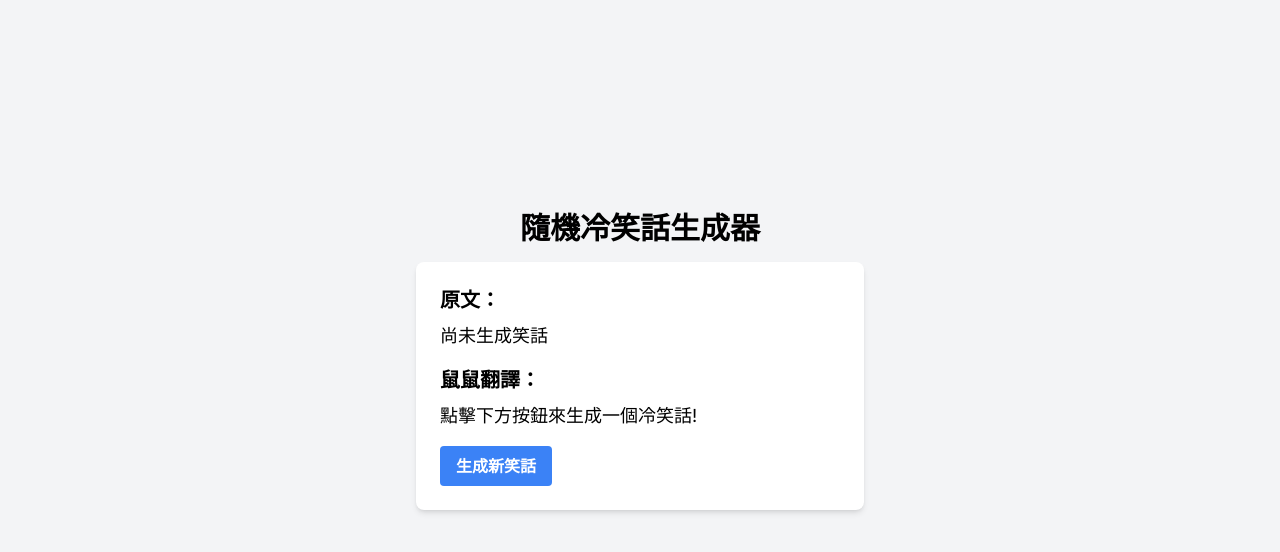
Repository: a7351220/joke-generator
Page: /
The author's editor kept a copy of each file at every save. The page is drawn from the files as they stood at one save, then again after the next save.
The browser window is 1280 px wide. The pictures show the whole page.
The project was rebuilt for these pictures with package versions that can differ from the ones it lists, and the page was loaded fresh each time. The framework's server and built-in components were replaced by stand-ins that run in the browser. Also part of the build but not shown: next.config.mjs.

Above is the page before, as saved 2024-07-04 23:34:54.

### src/app/page.tsx
import JokeGenerator from '../components/JokeGenerator';

export default function Home() {
  return <JokeGenerator />;
}

### src/components/JokeGenerator.tsx
'use client';

import { useState } from 'react';

// 改進的"翻譯"函數
const translateToMeme = (text: string): string => {
  // 這個函數會嘗試將整個句子轉換為一個中文風格的句子
  // 注意：這不是真正的翻譯，只是一個有趣的轉換
  return text
    .replace(/\b(I|you|he|she|it|we|they)\b/gi, '鼠鼠')
    .replace(/\b(am|is|are|was|were)\b/gi, '是')
    .replace(/\b(a|an|the)\b/gi, '個')
    .replace(/\b(in|on|at)\b/gi, '在')
    .replace(/\b(and)\b/gi, '和')
    .replace(/\b(or)\b/gi, '或')
    .replace(/\b(but)\b/gi, '但是')
    .replace(/\b(if)\b/gi, '如果')
    .replace(/\b(because)\b/gi, '因為')
    .replace(/\b(with)\b/gi, '帶著')
    .replace(/\b(for)\b/gi, '為了')
    .replace(/\b(to)\b/gi, '去')
    .replace(/\b(of)\b/gi, '的')
    .replace(/\b(by)\b/gi, '通過')
    .replace(/\b(from)\b/gi, '從')
    .replace(/\?(.*)/g, '？$1喵')
    .replace(/\.(.*)/g, '。$1汪')
    .replace(/\!(.*)/g, '！$1嗷')
    + '（笑死）';
};

export default function JokeGenerator() {
  const [originalJoke, setOriginalJoke] = useState<string>('');
  const [translatedJoke, setTranslatedJoke] = useState<string>('點擊下方按鈕來生成一個冷笑話!');
  const [isLoading, setIsLoading] = useState<boolean>(false);

  const generateJoke = async () => {
    setIsLoading(true);
    try {
      const response = await fetch('https://v2.jokeapi.dev/joke/Any?type=single');
      const data = await response.json();

      if (data.error) {
        setOriginalJoke('Sorry, the joke generator is on strike. Maybe this is the coldest joke?');
        setTranslatedJoke('抱歉，冷笑話生成器罷工了。也許這就是最冷的笑話？');
      } else {
        setOriginalJoke(data.joke);
        setTranslatedJoke(translateToMeme(data.joke));
      }
    } catch (error) {
      console.error('獲取笑話時出錯:', error);
      setOriginalJoke('Network error. The joke generator needs a break.');
      setTranslatedJoke('網絡開小差了，冷笑話生成器需要休息一下。');
    } finally {
      setIsLoading(false);
    }
  };

  return (
    <div className="flex flex-col items-center justify-center min-h-screen bg-gray-100">
      <h1 className="text-3xl font-bold mb-4">隨機冷笑話生成器</h1>
      <div className="bg-white p-6 rounded-lg shadow-md max-w-md w-full">
        <h2 className="text-xl font-semibold mb-2">原文：</h2>
        <p className="text-lg mb-4">{originalJoke || '尚未生成笑話'}</p>
        <h2 className="text-xl font-semibold mb-2">鼠鼠翻譯：</h2>
        <p className="text-lg mb-4">{translatedJoke}</p>
        <button
          onClick={generateJoke}
          disabled={isLoading}
          className={`bg-blue-500 hover:bg-blue-700 text-white font-bold py-2 px-4 rounded ${isLoading ? 'opacity-50 cursor-not-allowed' : ''}`}
        >
          {isLoading ? '生成中...' : '生成新笑話'}
        </button>
      </div>
    </div>
  );
}

Loaded but not shown: src/app/layout.tsx (common file); src/app/globals.css (common file); tailwind.config.ts (common file)

After the next save:
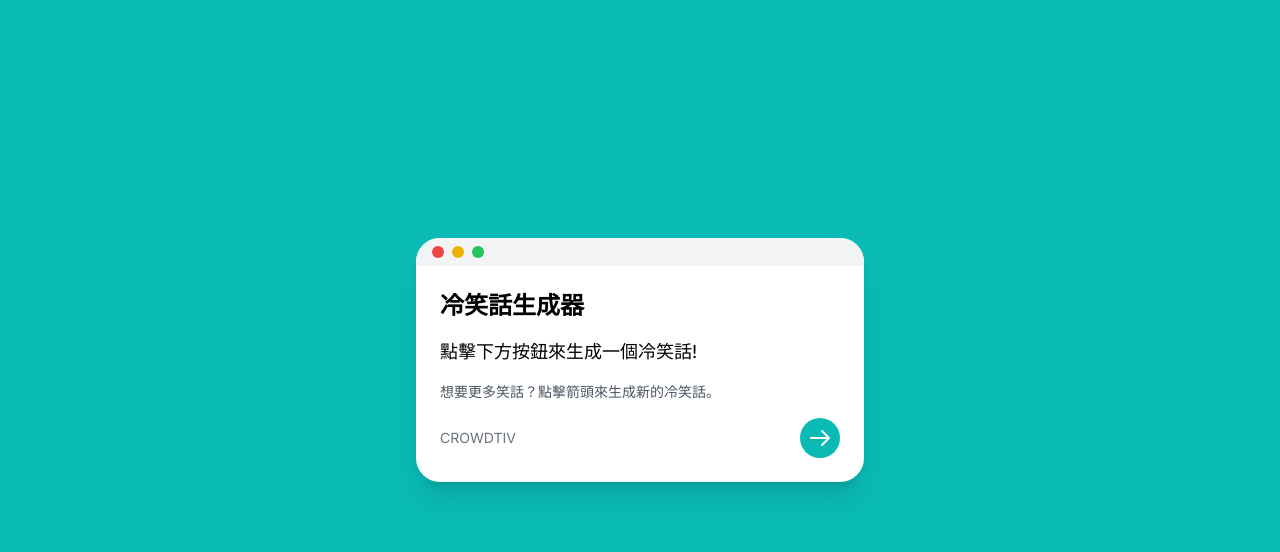
Saved 5 min 4 s later.
--- a/src/components/JokeGenerator.tsx
+++ b/src/components/JokeGenerator.tsx
@@ -56,20 +56,32 @@ export default function JokeGenerator() {
   };
 
   return (
-    <div className="flex flex-col items-center justify-center min-h-screen bg-gray-100">
-      <h1 className="text-3xl font-bold mb-4">隨機冷笑話生成器</h1>
-      <div className="bg-white p-6 rounded-lg shadow-md max-w-md w-full">
-        <h2 className="text-xl font-semibold mb-2">原文：</h2>
-        <p className="text-lg mb-4">{originalJoke || '尚未生成笑話'}</p>
-        <h2 className="text-xl font-semibold mb-2">鼠鼠翻譯：</h2>
-        <p className="text-lg mb-4">{translatedJoke}</p>
-        <button
-          onClick={generateJoke}
-          disabled={isLoading}
-          className={`bg-blue-500 hover:bg-blue-700 text-white font-bold py-2 px-4 rounded ${isLoading ? 'opacity-50 cursor-not-allowed' : ''}`}
-        >
-          {isLoading ? '生成中...' : '生成新笑話'}
-        </button>
+    <div className="flex items-center justify-center min-h-screen bg-[#0abab5]"> {/* Tiffany Green background */}
+      <div className="bg-white rounded-3xl shadow-xl w-full max-w-md overflow-hidden">
+        <div className="px-4 py-2 bg-gray-100 flex items-center space-x-2">
+          <div className="w-3 h-3 rounded-full bg-red-500"></div>
+          <div className="w-3 h-3 rounded-full bg-yellow-500"></div>
+          <div className="w-3 h-3 rounded-full bg-green-500"></div>
+        </div>
+        <div className="p-6">
+          <h1 className="text-2xl font-bold mb-4">冷笑話生成器</h1>
+          <p className="text-lg mb-4">{originalJoke || translatedJoke}</p>
+          <p className="text-sm text-gray-600 mb-4">
+            {isLoading ? '生成中...' : '想要更多笑話？點擊箭頭來生成新的冷笑話。'}
+          </p>
+          <div className="flex justify-between items-center">
+            <div className="text-sm text-gray-500">CROWDTIV</div>
+            <button
+              onClick={generateJoke}
+              disabled={isLoading}
+              className="bg-[#0abab5] hover:bg-[#08a29d] text-white p-2 rounded-full transition duration-300"
+            >
+              <svg xmlns="http://www.w3.org/2000/svg" className="h-6 w-6" fill="none" viewBox="0 0 24 24" stroke="currentColor">
+                <path strokeLinecap="round" strokeLinejoin="round" strokeWidth={2} d="M14 5l7 7m0 0l-7 7m7-7H3" />
+              </svg>
+            </button>
+          </div>
+        </div>
       </div>
     </div>
   );
